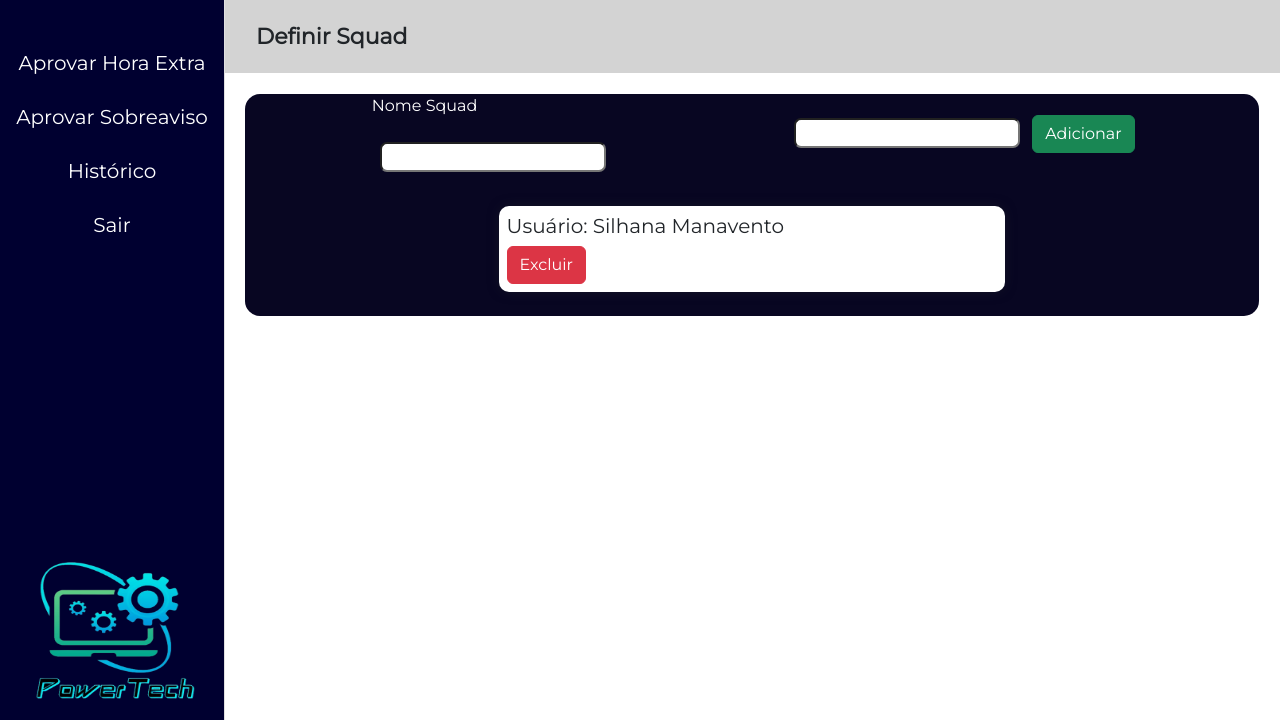
Repository: PowerTech-Fatec/API-2RP-NET
Page: /adm/squad (app in Sprint 3/2rp-web/)
An editor plug-in stored every save of this project. The page is shown before and after the next save, followed by the edit.
The browser window is 1280 px wide. The pictures show the whole page.
The project was rebuilt for these pictures with package versions that can differ from the ones it lists, and the page was loaded fresh each time. Also part of the build but not shown: Sprint 3/2rp-web/src/pages/login/login.js, Sprint 3/2rp-web/src/pages/home/dashboard.js, Sprint 3/2rp-web/src/pages/home/sobreaviso/sobreaviso.css, Sprint 3/2rp-web/src/pages/home/sobreaviso/sobreaviso.js, Sprint 3/2rp-web/src/pages/home/hora-extra/hora-extra.css, Sprint 3/2rp-web/src/pages/home/hora-extra/hora-extra.js, Sprint 3/2rp-web/src/components/cards/Cards.js, Sprint 3/2rp-web/src/pages/home/gestor/aprovar-hora-extra/gestor.js and 3 more.

Above is the page before, as saved 2022-11-02 16:51:33.

After the next save:
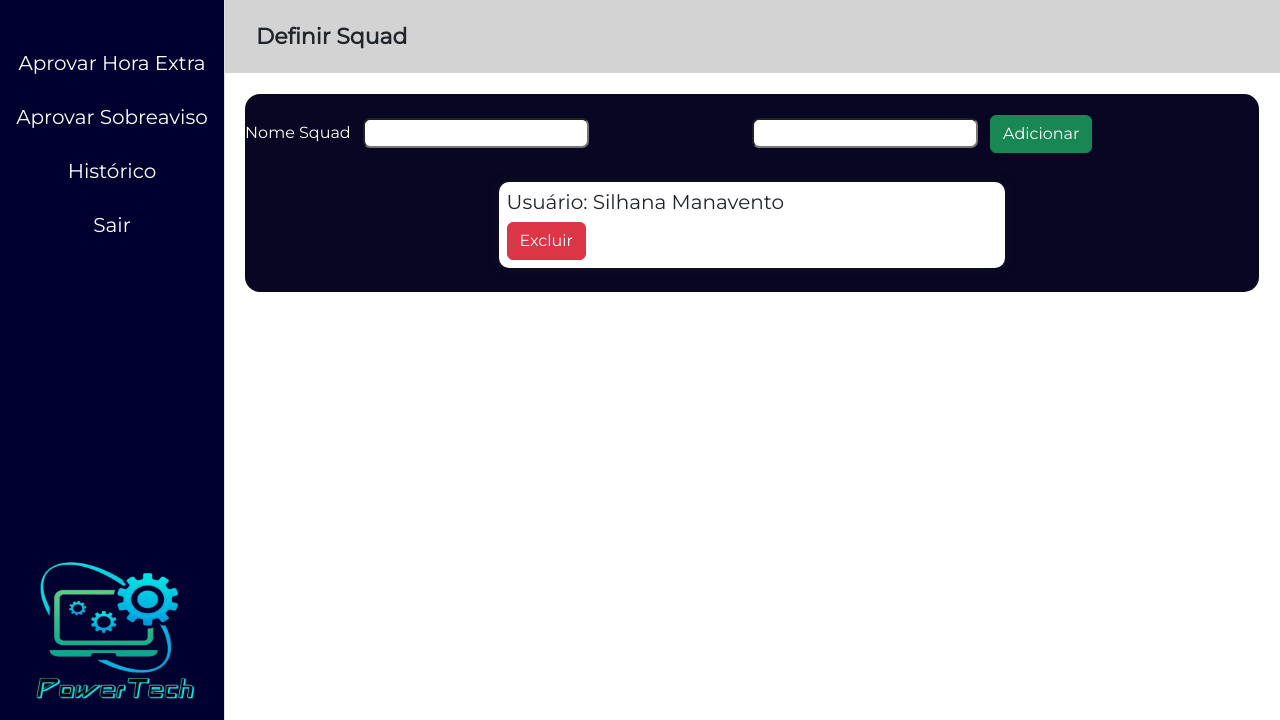
Saved 46 s later.
--- a/Sprint 3/2rp-web/src/pages/home/adm/squad/def-squad.js
+++ b/Sprint 3/2rp-web/src/pages/home/adm/squad/def-squad.js
@@ -16,7 +16,7 @@ function Squad() {
 
             <div>
             <div className="d-flex justify-content-around">
-            <div className="col-4 offset-1">
+            <div className="col-6">
             <span>
             <label className="font">Nome Squad</label> <input className="squad-name mt-4 mb-4 ml-2"></input>
             </span>
@@ -25,7 +25,7 @@ function Squad() {
 
 
 
-            <div className="col-5">
+            <div className="col-6">
             <span>
             <input className="squad-name mt-4 mb-4"></input><button type="button" class="btn btn-success ml-3">Adicionar</button>
             </span>
